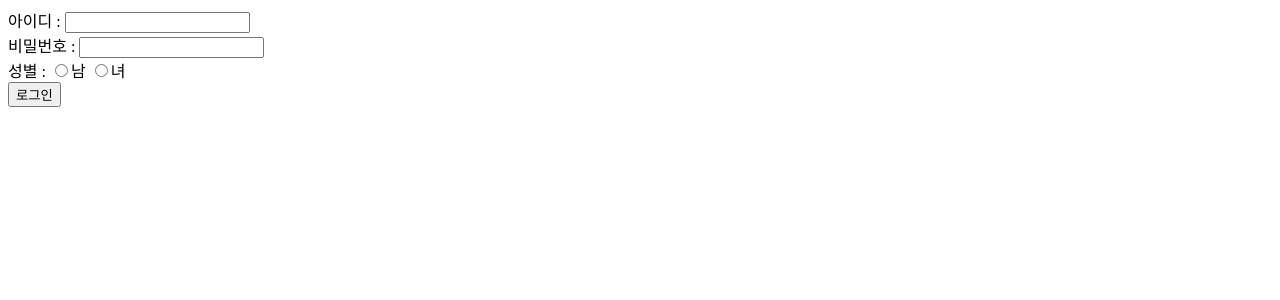
Repository: heejeehee/study
Page: http://localhost/proj6/login.jsp
These files come from the project's save history. The page is drawn as it stood at one moment and after the next save; the edit follows.
The browser window is 1280 px wide. The pictures show the whole page.
The page is served by Tomcat 9. Other server files are loaded and not shown.

Above is the page before, as saved 2024-03-08 06:30:20.

### workspace_servlet/proj6/src/main/webapp/login.jsp
<%@ page language="java" contentType="text/html; charset=utf-8"
    pageEncoding="utf-8"%>
<!DOCTYPE html>
<html>
<head>
<meta charset="utf-8">
<title>Insert title here</title>
</head>
<body>
	<form method="post" action="login">
		아이디 : <input type="text" name="user_id"><br>
		비밀번호 : <input type="password" name="user_pw"><br>
		성별 : <input type="radio" name="gender" value="M">남
			  <input type="radio" name="gender" value="W">녀
		<br><button type="submit">로그인</button>
	</form>
</body>
</html>

After the next save:
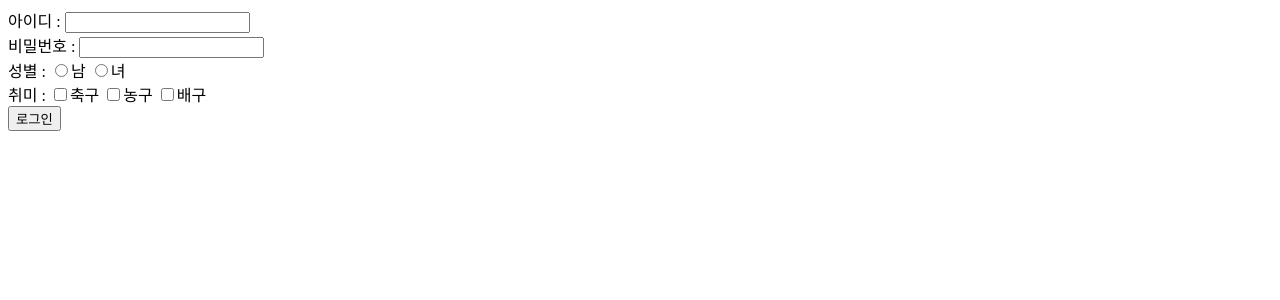
Saved 113 s later.
--- a/workspace_servlet/proj6/src/main/webapp/login.jsp
+++ b/workspace_servlet/proj6/src/main/webapp/login.jsp
@@ -11,7 +11,10 @@
 		아이디 : <input type="text" name="user_id"><br>
 		비밀번호 : <input type="password" name="user_pw"><br>
 		성별 : <input type="radio" name="gender" value="M">남
-			  <input type="radio" name="gender" value="W">녀
+			  <input type="radio" name="gender" value="W">녀<br>
+		취미 : <input type="checkbox" name="hobby" value="축구">축구
+			  <input type="checkbox" name="hobby" value="농구">농구
+			  <input type="checkbox" name="hobby" value="배구">배구
 		<br><button type="submit">로그인</button>
 	</form>
 </body>
